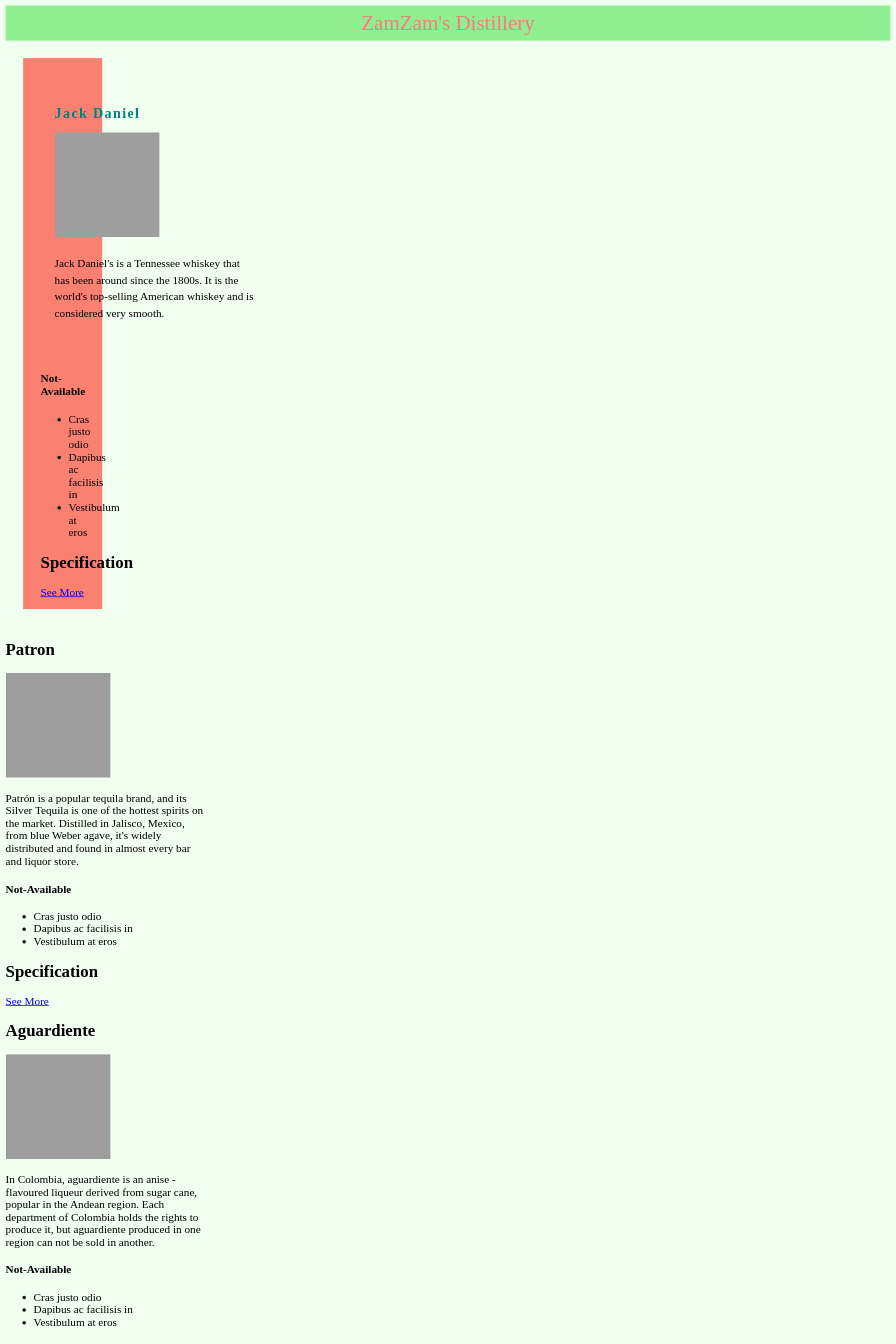
Repository: ZamlZam/REPO-11
Page: product-cards/index.html
An editor plug-in stored every save of this project. The page is shown before and after the next save, followed by the edit.
The browser window is 1280 px wide. The pictures show the part of the page from y = 0 to 1920 px (the page is 3133 px tall before and 3043 px after), at 70% of full size.
Pictures or frames that could not be fetched are drawn as grey boxes.

Above is the page before, as saved 2023-04-14 18:30:02.

After the next save:
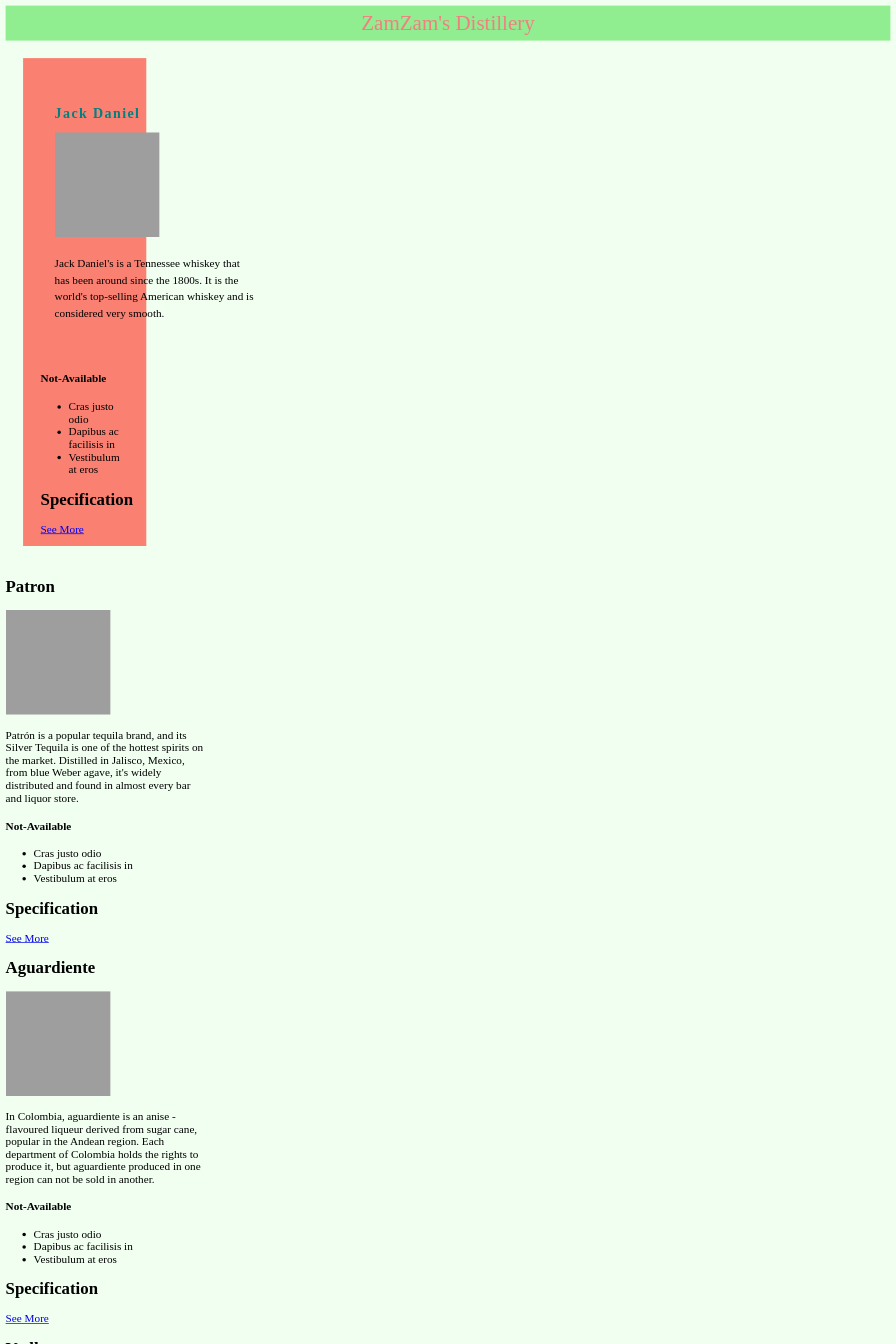
Saved 38 s later.
--- a/product-cards/main.css
+++ b/product-cards/main.css
@@ -27,7 +27,7 @@
 
 .card-wrap .card-item {
   padding: 15px 25px;
-  width: 25%;
+  width: 50%;
   background-color:salmon;
 }
 
